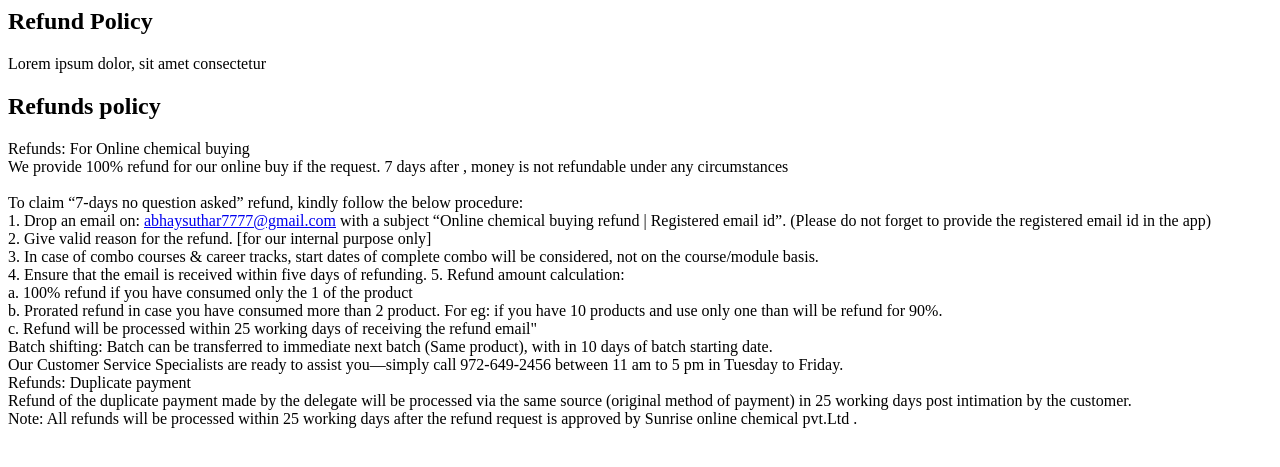
Repository: abhay3690/cheMart
Page: cheMart/cheMart/WebContent/jsp/user/refund.html
The author's editor kept a copy of each file at every save. The page is drawn from the files as they stood at one save, then again after the next save.
The browser window is 1280 px wide. The pictures show the whole page.

Above is the page before, as saved 2023-11-07 11:14:21.

After the next save:
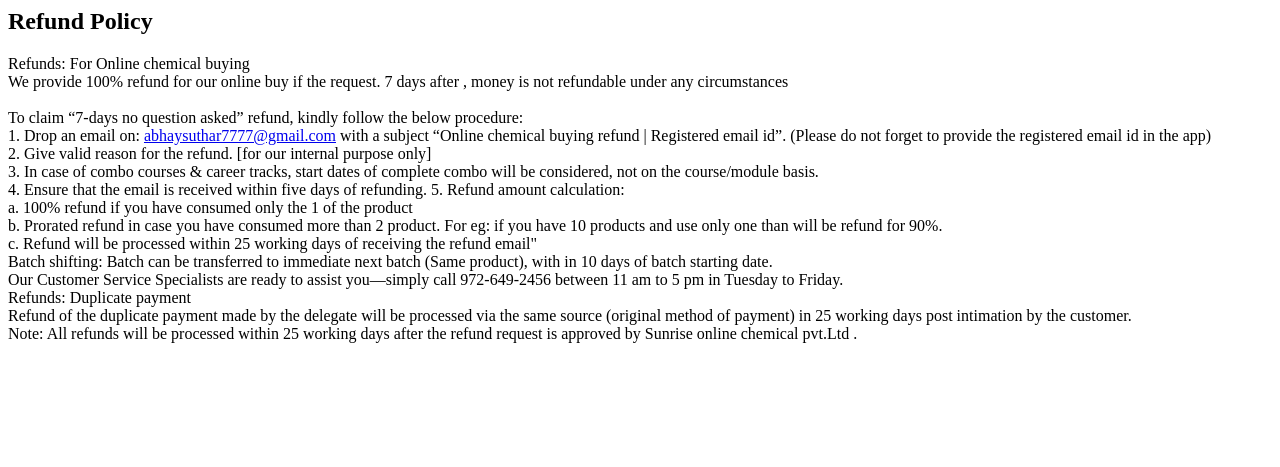
Saved 31 s later.
--- a/cheMart/cheMart/WebContent/jsp/user/refund.html
+++ b/cheMart/cheMart/WebContent/jsp/user/refund.html
@@ -1,10 +1,6 @@
 <div class="about">
 	<h2 class="heading">Refund Policy</h2>
-	<p>Lorem ipsum dolor, sit amet consectetur</p>
 
-
-
-	<div><h2>Refunds policy</h2>
 	Refunds: For Online chemical buying <br>
 We provide 100% refund for our online buy if the request. 7 days after , money is not refundable under any
 circumstances<br><br>
